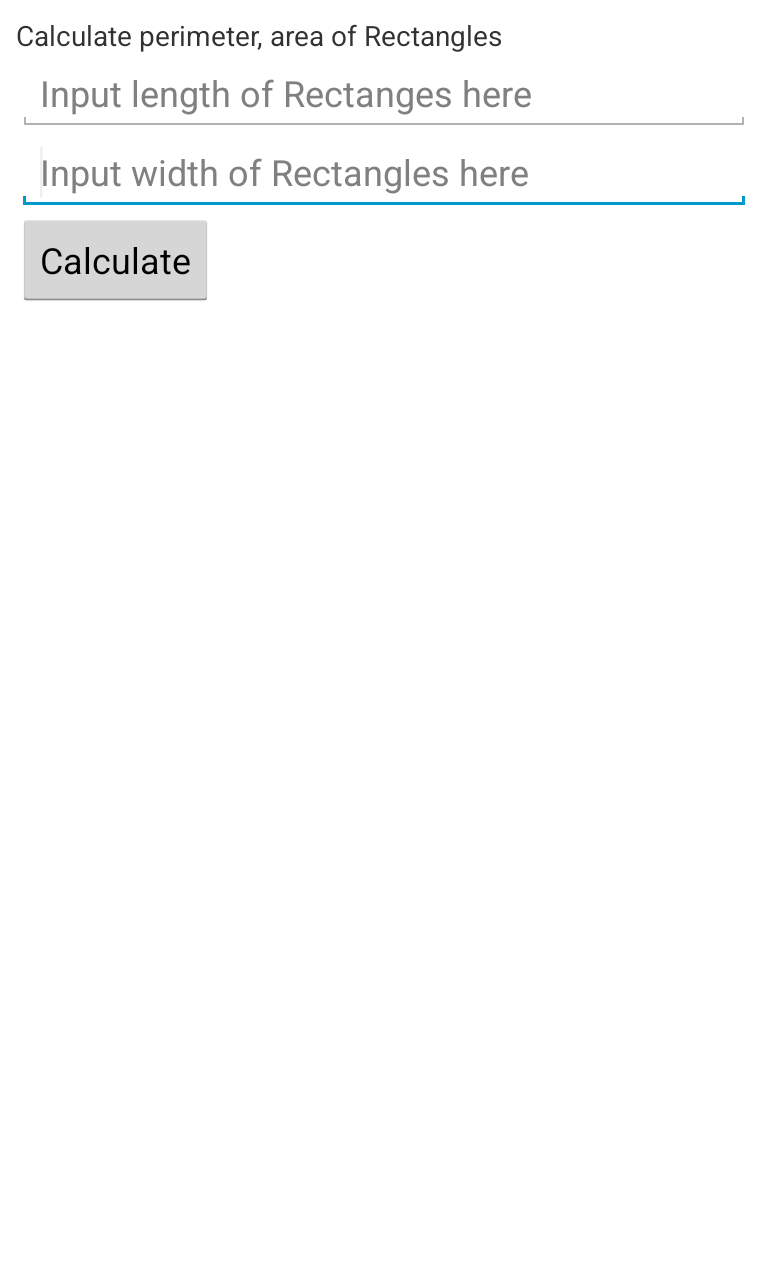
Repository: LightWay152/Lesson1_Variable_Type_Operations
Layout: Perimeter_Area_Rectangles_Circles/res/layout/activity_main.xml
These files come from the project's save history. The layout is drawn as it stood at one moment and after the next save; the edit follows.
It is drawn on a 768 x 1280 px phone screen (xhdpi) without system bars, with theme AppTheme; the app's code is not run.

Above is the layout before, as saved 2017-01-01 08:50:09.

After the next save:
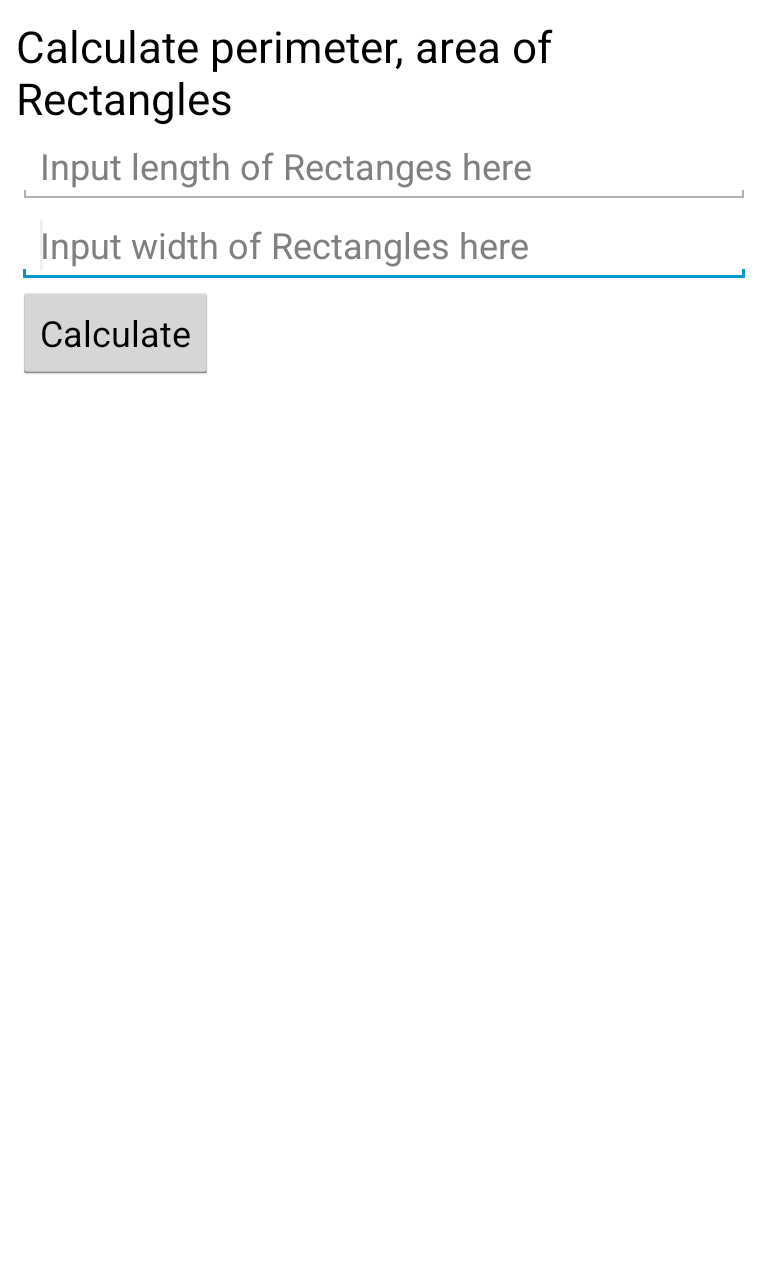
Saved 33 s later.
--- a/Perimeter_Area_Rectangles_Circles/res/layout/activity_main.xml
+++ b/Perimeter_Area_Rectangles_Circles/res/layout/activity_main.xml
@@ -9,7 +9,8 @@
     <TextView
         android:layout_width="match_parent"
         android:layout_height="wrap_content"
-        android:text="@string/calculate_perimeter_area_rectangles"/>
+        android:text="@string/calculate_perimeter_area_rectangles"
+        android:textAppearance="?android:attr/textAppearanceLarge"/>
 	<EditText
         android:id="@+id/EditText1"
         android:layout_width="match_parent"
